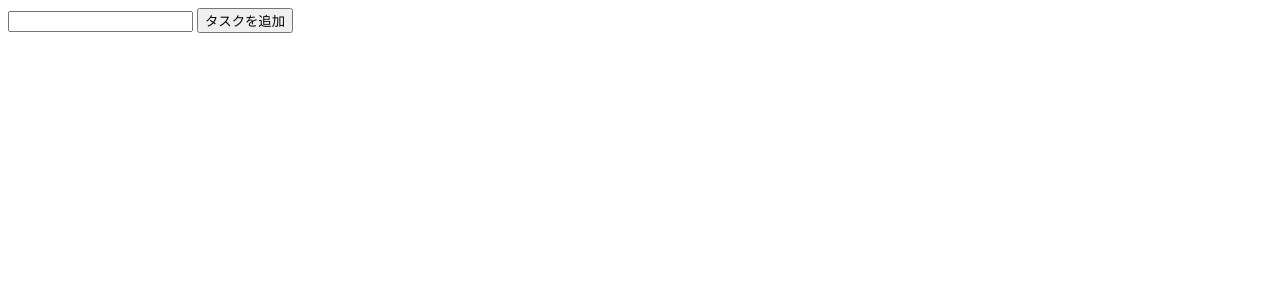
Repository: akira882/Todo-App-Github-flow
Page: todoApp.html
These files come from the project's save history. The page is drawn as it stood at one moment and after a run of saves; the edit follows.
The browser window is 1280 px wide. The pictures show the whole page.

Above is the page before, as saved 2024-02-17 16:56:19.

### todoApp.html
<!DOCTYPE html>
<html lang="ja">

<head>
  <meta charset="UTF-8">
  <meta name="viewport" content="width=device-width, initial-scale=1.0">
  <link rel="stylesheet" href="style.css">
  <title>Todo App</title>
</head>

<body>
  <div id="add-todo">
    <input type="text" name="Todo" id="input" />
    <button id="addTodo">タスクを追加</button>
  </div>

  <div>


  </div>

</body>

</html>

### style.css
#add-todo {

}

After the next 7 saves:
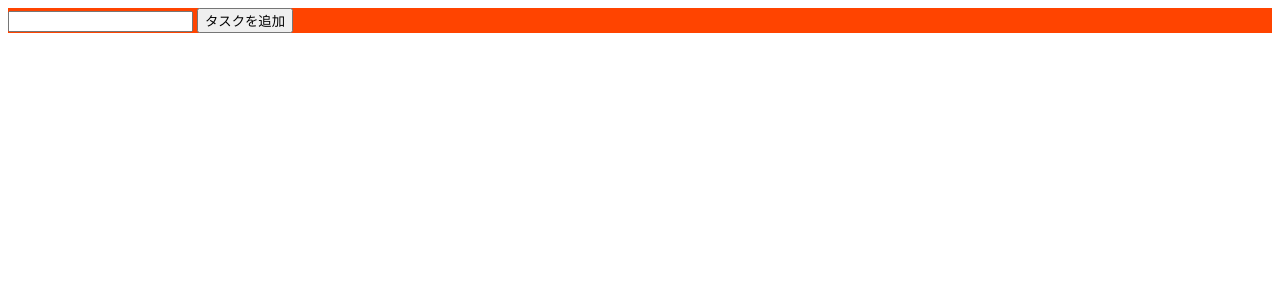
The 7 saves are shown as one change because they came seconds apart.
The last was saved 90 s later.
--- a/style.css
+++ b/style.css
@@ -1,3 +1,3 @@
 #add-todo {
-
+  background: #f40;
 }
